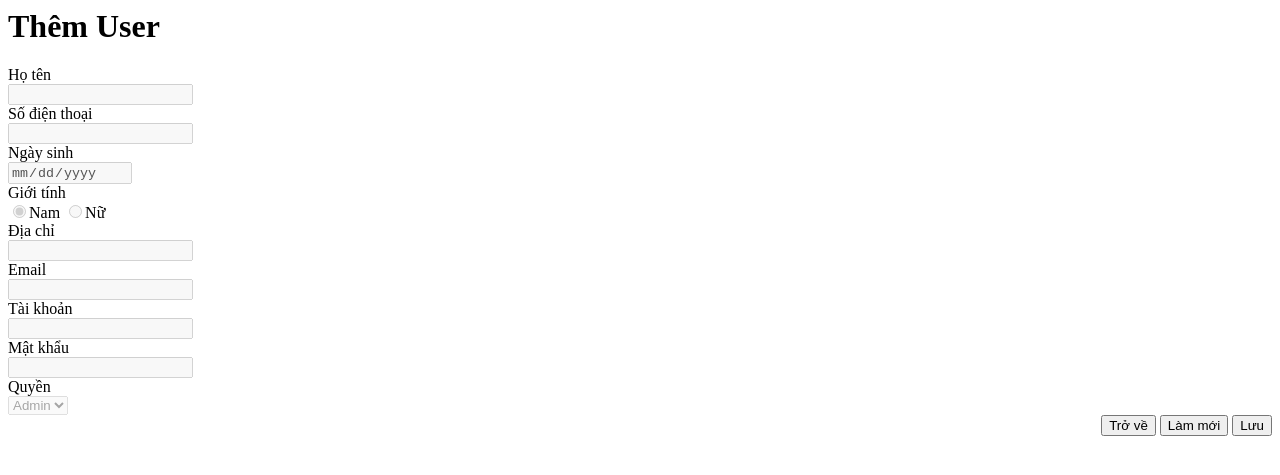
Repository: gohanmystic/T04_webraovat
Page: webraovat/webraovat/WebContent/app/admin/user/user-detail.html
These files come from the project's save history. The page is drawn as it stood at one moment and after the next save; the edit follows.
The browser window is 1280 px wide. The pictures show the whole page.

Above is the page before, as saved 2017-12-01 08:51:16.

After the next save:
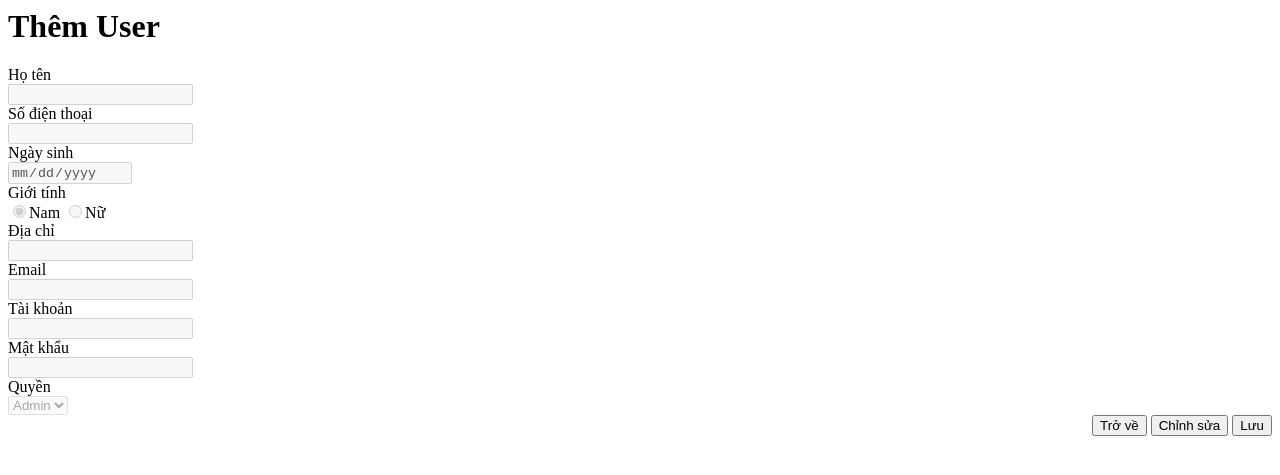
Saved 2 min 2 s later.
--- a/webraovat/webraovat/WebContent/app/admin/user/user-detail.html
+++ b/webraovat/webraovat/WebContent/app/admin/user/user-detail.html
@@ -85,7 +85,7 @@
 
                 <div class="form-group" style="float:right">
                     <button type="button" class="btn btn-default"><i class="fa fa-undo fa-fw"></i>Trở về</button>
-                    <button type="button" class="btn btn-info"><i class="fa fa-refresh fa-fw"></i>Làm mới</button>
+                    <button type="button" class="btn btn-info"><i class="fa fa-pencil fa-fw"></i>Chỉnh sửa</button>
                     <button ng-click="vm.save()" type="button" class="btn btn-success"><i class="fa fa-floppy-o fa-fw"></i>Lưu</button>
                 </div>
             </form>
